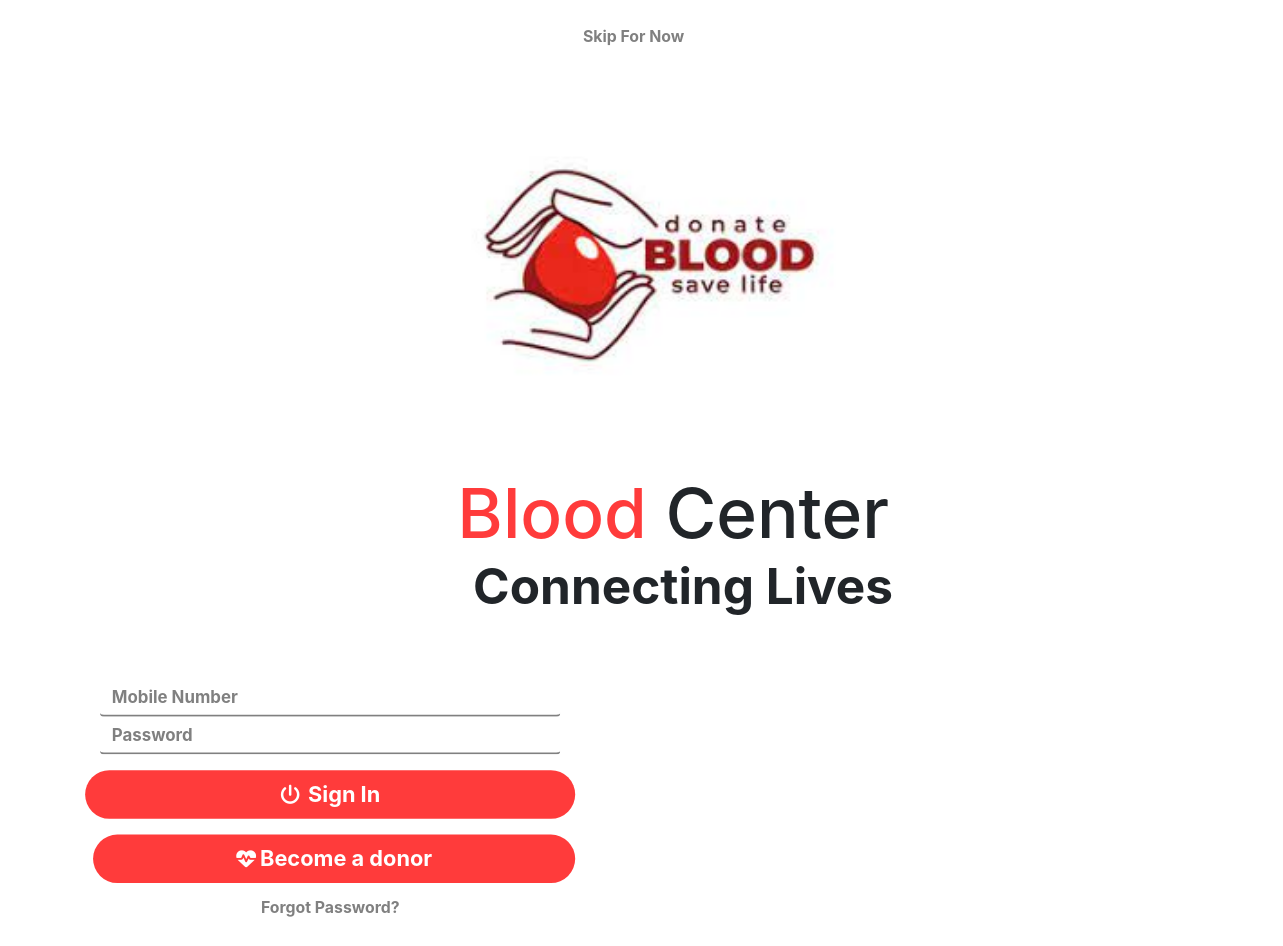
Repository: syedali042/jbds
Page: /
An editor plug-in stored every save of this project. The page is shown before and after the next save, followed by the edit.
The browser window is 1280 px wide. The page is 1280 px wide, then 1296 px, so the pictures cover 1296 px, including what lies to the right of the window. The pictures show the whole page, at 99% of full size.
Some web libraries are served in a nearby version. The project was rebuilt for these pictures with package versions that can differ from the ones it lists, and the page was loaded fresh each time. Also part of the build but not shown: src/components/Header.js, src/components/About.js, src/components/Register.js, src/components/Header2.js, src/components/Home.js, src/components/Header4.js, src/components/Request.js, src/components/Header3.js and 1 more.

Above is the page before, as saved 2021-11-09 20:47:36.

### public/index.html
<!DOCTYPE html>
<html lang="en">
  <head>
    <meta charset="utf-8" />
    <link rel="icon" href="%PUBLIC_URL%/favicon.ico" />
    <meta name="viewport" content="width=device-width, initial-scale=1" />
    <meta name="theme-color" content="#000000" />
    <meta
      name="description"
      content="Web site created using create-react-app"
    />
    <!--FontAwesome-->
    <script src="https://kit.fontawesome.com/f4576591a8.js" crossorigin="anonymous"></script>
    <!--FontAwesome ends-->
    <!--bootstrap-->
    <link rel="stylesheet" href="https://maxcdn.bootstrapcdn.com/bootstrap/4.0.0/css/bootstrap.min.css"
      integrity="sha384-Gn5384xqQ1aoWXA+058RXPxPg6fy4IWvTNh0E263XmFcJlSAwiGgFAW/dAiS6JXm" crossorigin="anonymous">
    <!--bootstrap ends-->
    <link rel="apple-touch-icon" href="%PUBLIC_URL%/logo192.png" />
    <!--
      manifest.json provides metadata used when your web app is installed on a
      user's mobile device or desktop. See https://developers.google.com/web/fundamentals/web-app-manifest/
    -->
    <link rel="manifest" href="%PUBLIC_URL%/manifest.json" />
    <!--
      Notice the use of %PUBLIC_URL% in the tags above.
      It will be replaced with the URL of the `public` folder during the build.
      Only files inside the `public` folder can be referenced from the HTML.

      Unlike "/favicon.ico" or "favicon.ico", "%PUBLIC_URL%/favicon.ico" will
      work correctly both with client-side routing and a non-root public URL.
      Learn how to configure a non-root public URL by running `npm run build`.
    -->
    <title>React App</title>
  </head>
  <body>
    <noscript>You need to enable JavaScript to run this app.</noscript>
    <div id="root"></div>
    <!--Jquery-->
    <script src="https://code.jquery.com/jquery-3.2.1.slim.min.js"
      integrity="sha384-KJ3o2DKtIkvYIK3UENzmM7KCkRr/rE9/Qpg6aAZGJwFDMVNA/GpGFF93hXpG5KkN" crossorigin="anonymous"></script>
    <script src="https://cdnjs.cloudflare.com/ajax/libs/popper.js/1.12.9/umd/popper.min.js"
      integrity="sha384-ApNbgh9B+Y1QKtv3Rn7W3mgPxhU9K/ScQsAP7hUibX39j7fakFPskvXusvfa0b4Q" crossorigin="anonymous"></script>
    <script src="https://maxcdn.bootstrapcdn.com/bootstrap/4.0.0/js/bootstrap.min.js"
      integrity="sha384-JZR6Spejh4U02d8jOt6vLEHfe/JQGiRRSQQxSfFWpi1MquVdAyjUar5+76PVCmYl" crossorigin="anonymous"></script>
    <!--Jquery ends-->
  </body>
</html>

### src/App.js
import './App.css';
import Login from './components/Login';
import About from './components/About';
import Register from './components/Register';
import Home from './components/Home';
import Request from './components/Request';
import Create from './components/Create';
import {
  BrowserRouter as Router,
  Switch,
  Route,
  Link
} from "react-router-dom";


function App() {
  return (
    <Router>
      <Switch>
        <Route path="/About">
          <About/>
        </Route>
        <Route path="/Login">
          <Login />
        </Route>
        <Route path="/Register">
          <Register />
        </Route>
        <Route path="/Create">
          <Create />
        </Route>
        <Route path="/Request">
          <Request />
        </Route>
        <Route path="/Home">
          <Home />
        </Route>
        <Route path="/">
          <Login />
        </Route>
      </Switch>
    </Router>
  );
}

export default App;

### src/App.css
*{
  margin: 0;
  padding: 0;
}
.con{
  font-size: 25px;
  font-weight: bold;
  position: relative;
  bottom: 35px;
  padding: 5px;
}
.em{
  border: none;
  border-bottom: 2px solid gray;
}
.pass{
  border: none;
  border-bottom: 2px solid gray;
}
.placehorder::placeholder {
  font-weight: bolder;
  color: gray;
  position: relative;
  /* left: 25px; */
  font-size: 17px;
}
.forgot{
  color: gray;
  font-weight: bolder;
}
.login{
  color: gray;
  font-weight: bolder;
}
.fa-portrait{
  font-size: 20px;
  position: relative;
  top: 30px;
  left: 5px;
  color: gray;
}
.fa-unlock-alt{
   font-size: 20px;
  position: relative;
  top: 30px;
  left: 5px;
  color: gray;
}
.sign{
  width: 230px;
  position: relative;
  font-size: 22px;
  border-radius: 30px;
  background-color: #FF3B3B;
  color: white;
  font-weight: bolder;
  border: none;
}
.fa-power-off{
  font-size: 20px;
  position: relative;

  color: white ;
}
.donor{
  width: 230px;
  position: relative;
  font-size: 22px;
  border-radius: 30px;
  background-color: #FF3B3B;
  color: white;
  font-weight: bolder;
  border: none;
  letter-spacing: o.1;
}
.fa-heartbeat{
   font-size: 20px;
  position: relative;

  color: white ;
}
@media screen and (max-width: 440px){

  .con{
  font-size: 20px;
  font-weight: bold;
  position: relative;
  bottom: 35px;
  padding: 5px;
}
.blood{
  font-size: 27px;
}
.formik{
  position: relative;
  bottom: 50px;
}
.pass{
  border: none;
  border-bottom: 2px solid gray;

}

.donor{
  width: 210px;
  position: relative;
  font-size: 22px;
  border-radius: 30px;
  background-color: #FF3B3B;
  color: white;
  font-weight: bolder;
  border: none;
  letter-spacing: o.1;
}
.sign{
  width: 210px;
  position: relative;
  font-size: 22px;
  border-radius: 30px;
  background-color: #FF3B3B;
  color: white;
  font-weight: bolder;
  border: none;
}

}
@media screen and (min-width: 768px){


  .img{
  position: relative;
  width: 400px;
  left: 40px;
}
  .con{
  font-size: 50px;
  font-weight: bold;
  position: relative;
  bottom: 35px;
  padding: 5px;
  left: 50px;
}
.blood{
  font-size: 70px;
  position: relative;
  left: 40px;
}

.name{
  border: none;
  border-bottom: 2px solid gray;
   margin-top: 10px;
  height: 70px;
}


.adress{
    border: none;
  border-bottom: 2px solid gray;
   margin-top: 10px;
  height: 70px;
}
input::placeholder {
  font-weight: bolder;
  color: gray;
  position: relative;
  /* left: 45px; */
  font-size: 30px;
}
.fa-portrait{
  font-size: 25px;
  position: relative;
  top: 37px;
  left: 5px;
  color: gray;
}
.fa-unlock-alt{
   font-size: 25px;
  position: relative;
  top: 35px;
  left: 5px;
  color: gray;
}
.fa-mobile-alt{
    font-size: 30px;
  position: relative;
  top: 55px;
  left: 5px;
  color: gray;
}
.fa-map-marker-alt{
   font-size: 30px;
  position: relative;
  top: 55px;
  left: 5px;
  color: gray;
}
.fa-disease{
 font-size: 30px;
  position: relative;
  top: 55px;
  left: 5px;
  color: gray;
}

.sign{
  width: 300px;
  position: relative;
  font-size: 22px;
  border-radius: 30px;
  background-color: #FF3B3B;
  color: white;
  font-weight: bolder;
  border: none;
}

.donor{
  width: 300px;
  position: relative;

  font-size: 22px;
  border-radius: 30px;
  background-color: #FF3B3B;
  color: white;
  font-weight: bolder;
  border: none;
  letter-spacing: o.1;
}

}
.header{
  background-color: #FF3B3B;
  padding: 3px;
}
.fa-chevron-left{
  color: white;
}
.profile{
  color: white;

}
.kelly{
  font-size: 23px;
  font-weight: bolder;
}
.girl{
  width: 70px;
  border-radius: 50px;
  margin-left: 50px;
  position: relative;
  bottom: 10px;
}
.r1{
  margin-top: 40px;
}

.name{
  border: none;
  border-bottom: 2px solid gray;
}
.num{
   border: none;
  border-bottom: 2px solid gray;
}
.adress{
    border: none;
  border-bottom: 2px solid gray;
}
.r2{
  background-color: rgb(247, 238, 238);
  border-radius: 15px;
  border: 1px solid transparent;
}
.update{

  position: relative;
  font-size: 22px;
  border-radius: 30px;
  background-color: #FF3B3B;
  color: white;
  font-weight: bolder;
  border: none;
}
.fa-mobile-alt{
   font-size: 20px;
  position: relative;
  top: 30px;
  left: 5px;
  color: gray;
}
.bloodGroup{
   border: none;
  border-bottom: 2px solid gray;
}
.fa-disease{
  font-size: 20px;
  position: relative;
  top: 30px;
  left: 5px;
  color: gray;
}
.city{
  border: none;
  border-bottom: 2px solid gray;
}
.fa-map-marker-alt{
  font-size: 20px;
  position: relative;
  top: 30px;
  left: 5px;
  color: gray;
}
.fa-arrow-right{
   font-size: 30px;
  position: relative;
 top: 5px;
  color:white;
}
.bodyOfHeader2{
   background-color: #FF3B3B;
   color: white;
}
.fa-search{
  position: relative;
  left: 90%;
  bottom: 30px;
  color: gray;
  font-size: 25px;
}
.groups{
 display: flex;
 margin-left: 5px;
}
.groups >div {
  background-color: #FF3B3B;
  width: 30px;
  margin: 7px;
  text-align: center;
  font-size: 20px;
  color: white;
  border-radius: 5px;
}
.HomeRow{
  border-bottom: 1px solid gray;
}
.sidebar{
  width: 60%;
  height: 100vh;
  position: absolute;
  background-color: #FF3B3B ;
  z-index: 1;
}
.create{
  color: white;
  margin-right: 30px;
}
.conReq{
  margin-top: 20px;
  background-color: rgb(216, 220, 230);
  border-radius: 5px;
}

### src/components/Login.js
import React from 'react';
import {Formik} from 'formik';


function Login() {
    return (
        <>
        <div className="w-100 d-flex align-items-center justify-content-center mt-3">
            <a href="/home" className="text-decoration-none forgot p-2">Skip For Now</a>
        </div>
        <div className="container">
            <div className="d-flex align-items-center justify-content-center">
                <div>
                    <img src="./images/download.jfif" alt="there is no image" className="img"/>
                    <h2 className="blood text-center"><span style={{color:'#FF3B3B'}}>Blood</span> Center</h2><br>
                    </br>
                    <h5 className="con text-center">Connecting Lives</h5>
                </div>
            </div>
            <div className="container">
                <div className="row p-3">
                    <div>
                        <Formik
                            initialValues={{ email: '', password: '' }}
                            validate={values => {
                                const errors = {};
                                if (!values.email) {
                                    errors.email = 'Required';
                                } else if (
                                    !/^[A-Z0-9._%+-]+@[A-Z0-9.-]+\.[A-Z]{2,}$/i.test(values.email)
                                ) {
                                    errors.email = 'Invalid email address';
                                }
                                return errors;
                            }}
                            onSubmit={(values, { setSubmitting }) => {
                                setTimeout(() => {
                                    alert(JSON.stringify(values, null, 2));
                                    setSubmitting(false);
                                }, 400);
                            }}
                        >
                            {({
                                values,
                                errors,
                                touched,
                                handleChange,
                                handleBlur,
                                handleSubmit,
                                isSubmitting,
                                /* and other goodies */
                            }) => (
                            <form onSubmit={handleSubmit} className="formik">
                                {/* <i className="fas fa-portrait"></i> */}
                                    <input
                                        type="email" className="placehorder form-control em"
                                        name="email"
                                        onChange={handleChange}
                                        onBlur={handleBlur}
                                        value={values.email}
                                        placeholder="Mobile Number"

                                    />

                                    {errors.email && touched.email && errors.email}
                                {/* <i className="fas fa-unlock-alt"></i> */}
                                    <input
                                    type="password" className="placehorder form-control pass"
                                        name="password"
                                        onChange={handleChange}
                                        onBlur={handleBlur}
                                        value={values.password}
                                        placeholder="Password"
                                    />

                                    {errors.password && touched.password && errors.password}
                                <div className="row d-flex align-items-center justify-content-center">
                                    <button type="submit" disabled={isSubmitting} className="sign p-2 mt-3 w-100">
                                        <i className="fas fa-power-off mr-2 "></i>Sign In
                                    </button>
                                    <button className="donor p-2 mt-3 ml-2 w-100">
                                        <i className="fas fa-heartbeat mr-1 "></i>Become a donor
                                    </button>
                                    <br /><br />
                                    <a href="#" className="forgot p-2">Forgot Password?</a>

                                </div>

                                </form>
                            )}
                        </Formik>
                    </div>
                </div>
            </div>
        </div>
        </>
    )
}

export default Login

Loaded but not shown: src/index.js (common file); src/index.css (common file); src/reportWebVitals.js (common file)

After the next save:
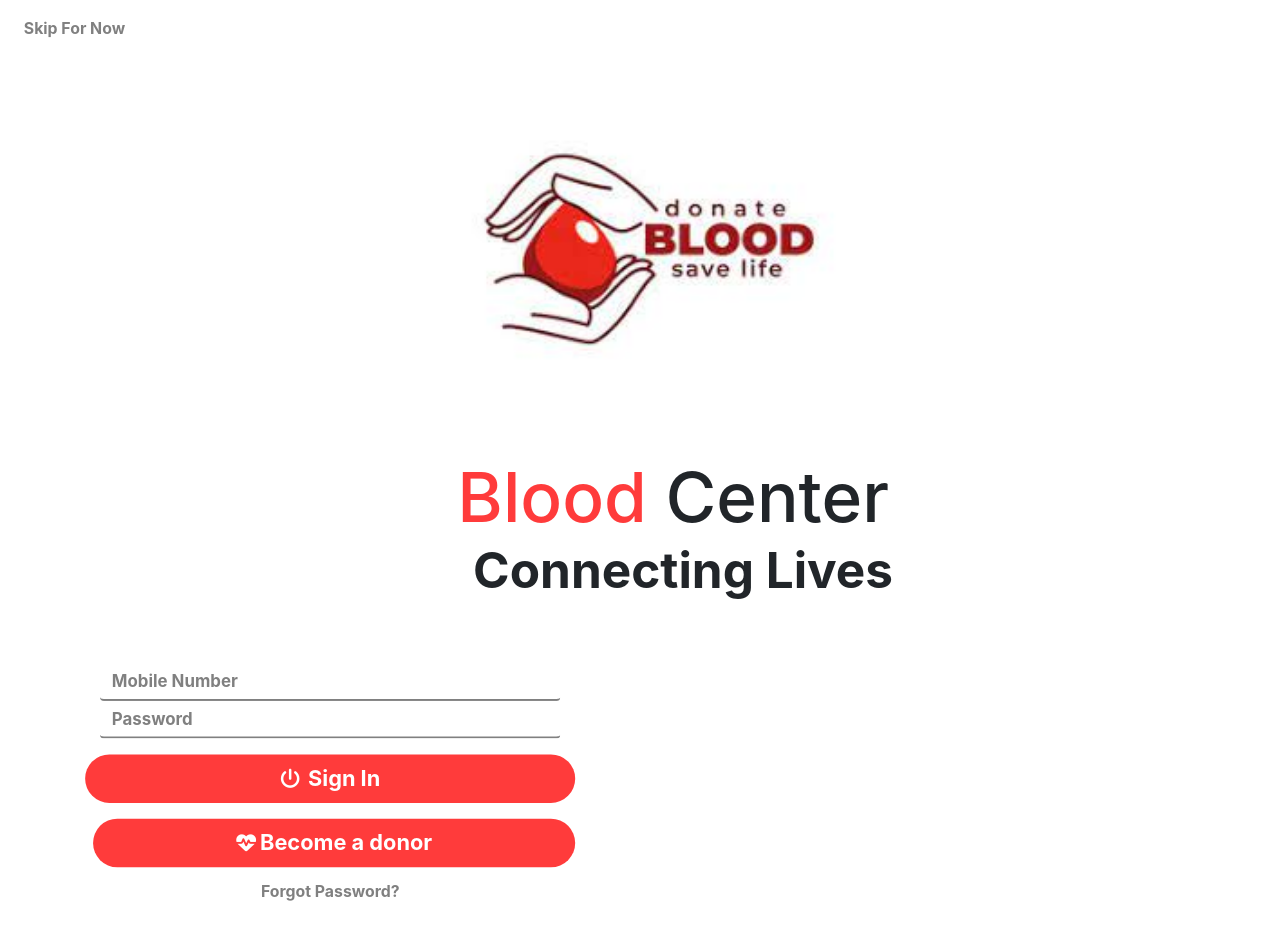
Saved 38 s later.
--- a/src/components/Login.js
+++ b/src/components/Login.js
@@ -5,7 +5,7 @@ import {Formik} from 'formik';
 function Login() {
     return (
         <>
-        <div className="w-100 d-flex align-items-center justify-content-center mt-3">
+        <div className="w-100 ml-3 mt-3">
             <a href="/home" className="text-decoration-none forgot p-2">Skip For Now</a>
         </div>
         <div className="container">
